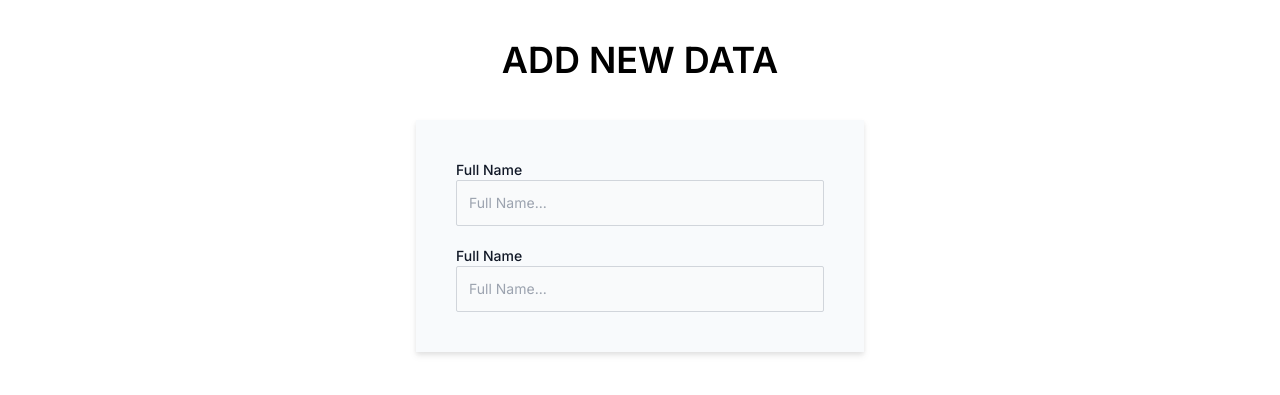
Repository: KilluaProject/crud-nextjs14
Page: /contacts/create
The author's editor kept a copy of each file at every save. The page is drawn from the files as they stood at one save, then again after the next save.
The browser window is 1280 px wide. The pictures show the whole page.
The project was rebuilt for these pictures with package versions that can differ from the ones it lists, and the page was loaded fresh each time. The framework's server and built-in components were replaced by stand-ins that run in the browser. Also part of the build but not shown: next.config.mjs.

Above is the page before, as saved 2024-06-30 14:14:33.

### app/layout.tsx
import type { Metadata } from "next";
import { Inter } from "next/font/google";
import "./globals.css";

const inter = Inter({ subsets: ["latin"] });

export const metadata: Metadata = {
  title: "CRUD Apps",
  description: "Generated by create next app",
};

export default function RootLayout({
  children,
}: Readonly<{
  children: React.ReactNode;
}>) {
  return (
    <html lang="en">
      <body className={inter.className}>{children}</body>
    </html>
  );
}

### app/contacts/create/page.tsx
import CreateForm from '@/components/CreateForm'
import React from 'react'

const CreateContact = () => {
  return (
    <div className='max-w-md m-auto my-10 flex flex-col gap-10 '>
      <h1 className='text-4xl text-center uppercase font-semibold'>
        Add New Data
      </h1>
        <CreateForm/>
    </div>
  )
}

export default CreateContact

### components/CreateForm.tsx
import React from 'react'

const CreateForm = () => {
  return (
    <div className='bg-slate-50 drop-shadow-md p-10'>
      <form className='flex flex-col gap-5' action="">
        <div>
          <label htmlFor="name" className='block text-sm font-medium text-gray-900'>Full Name</label>
          <input type="text" name='name' id='name' placeholder='Full Name...' className='bg-gray-50 border border-gray-300 text-gray-900 text-sm rounded-sm focus:ring-blue-500 focus:border-blue-500 block w-full p-3' />
        </div>

        <div>
          <label htmlFor="name" className='block text-sm font-medium text-gray-900'>Full Name</label>
          <input type="text" name='name' id='name' placeholder='Full Name...' className='bg-gray-50 border border-gray-300 text-gray-900 text-sm rounded-sm focus:ring-blue-500 focus:border-blue-500 block w-full p-3' />
        </div>
      </form>
    </div>
  )
}

export default CreateForm

Loaded but not shown: app/globals.css (common file); tailwind.config.ts (common file)

After the next save:
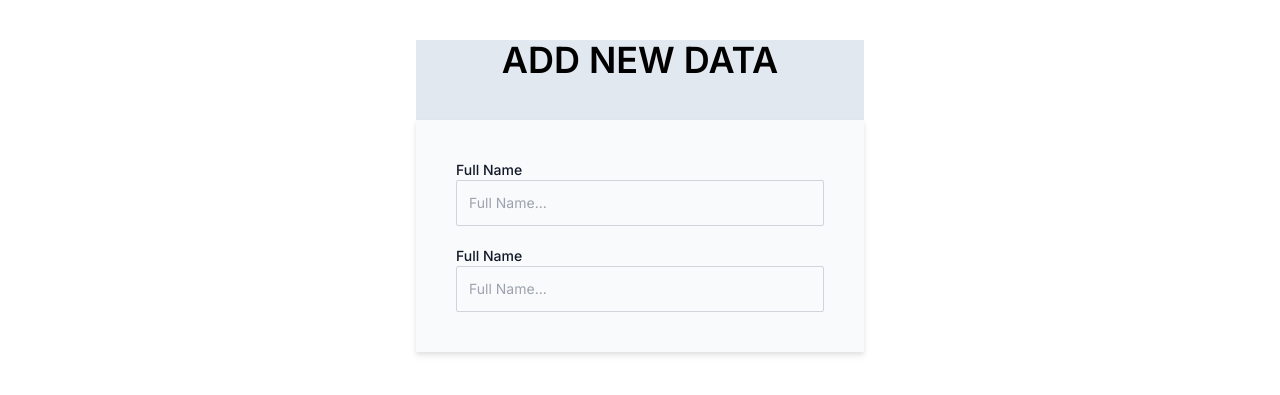
Saved 68 s later.
--- a/app/contacts/create/page.tsx
+++ b/app/contacts/create/page.tsx
@@ -3,7 +3,7 @@
 
 const CreateContact = () => {
   return (
-    <div className='max-w-md m-auto my-10 flex flex-col gap-10 '>
+    <div className='max-w-md m-auto my-10 flex flex-col gap-10 bg-slate-200 '>
       <h1 className='text-4xl text-center uppercase font-semibold'>
         Add New Data
       </h1>

After the save that followed:
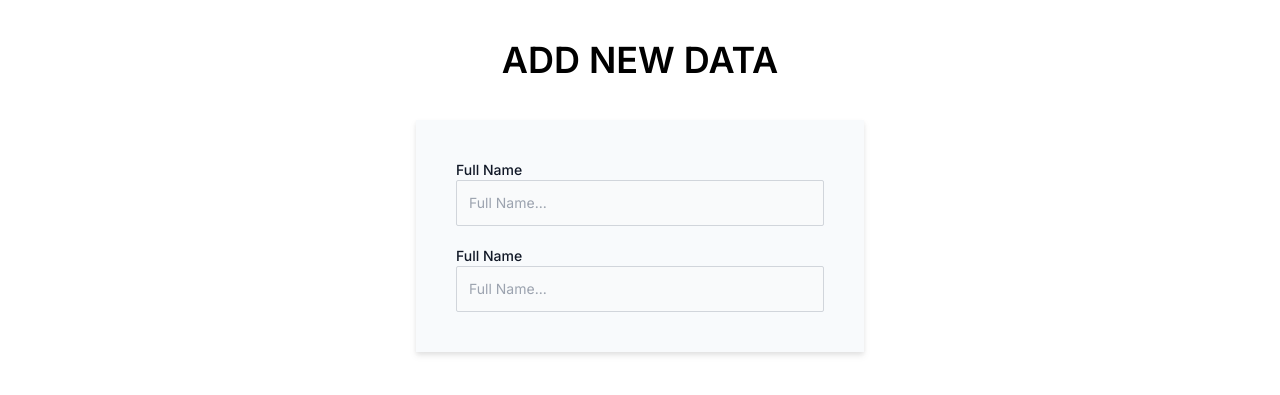
Saved 8 s later.
--- a/app/contacts/create/page.tsx
+++ b/app/contacts/create/page.tsx
@@ -3,7 +3,7 @@
 
 const CreateContact = () => {
   return (
-    <div className='max-w-md m-auto my-10 flex flex-col gap-10 bg-slate-200 '>
+    <div className='max-w-md m-auto my-10 flex flex-col gap-10 '>
       <h1 className='text-4xl text-center uppercase font-semibold'>
         Add New Data
       </h1>
